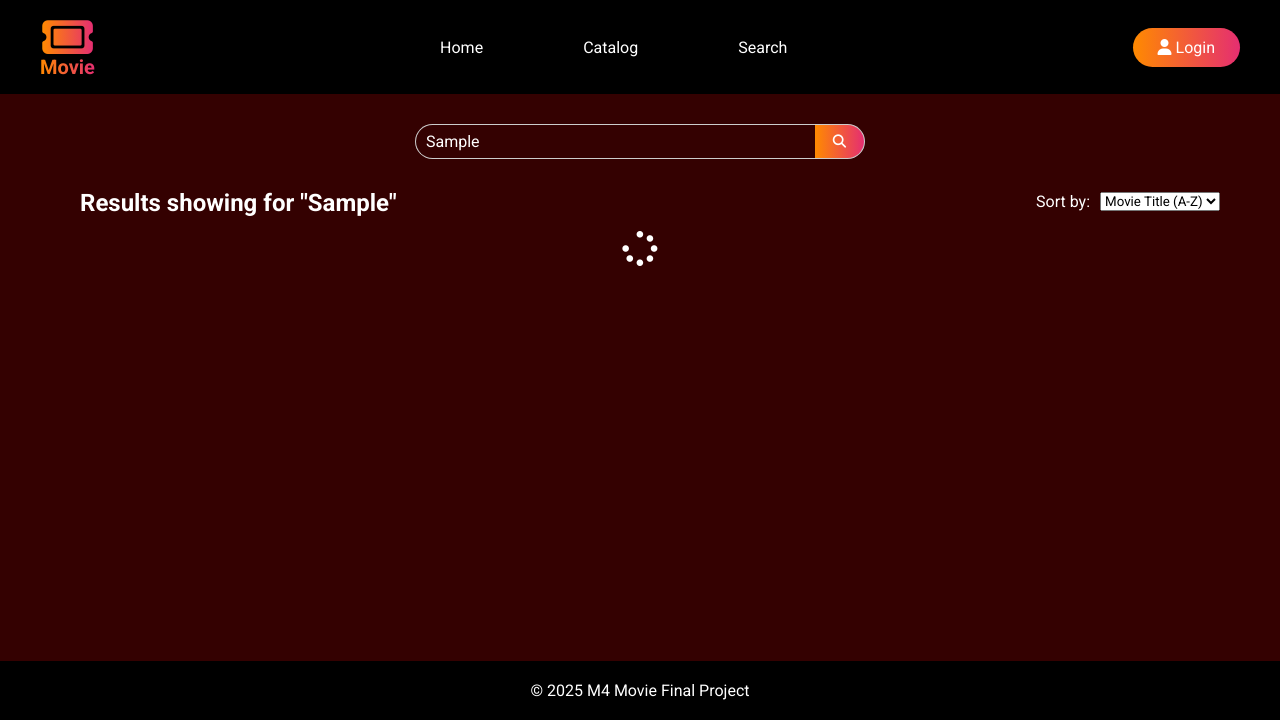
Repository: avivanguyen/m4_movie-FinalProject
Page: index.html
These files come from the project's save history. The page is drawn as it stood at one moment and after a run of saves; the edit follows.
The browser window is 1280 px wide. The pictures show the whole page.
Empty fields were first filled with sample values (such as "Sample", 5 or name@example.com).
After loading, the first visible `#search-input` was changed once.
The page's requests for data from a server got no answer. Some web libraries are served in a nearby version.

Above is the page before, as saved 2025-12-30 08:15:27.

After the next 2 saves:
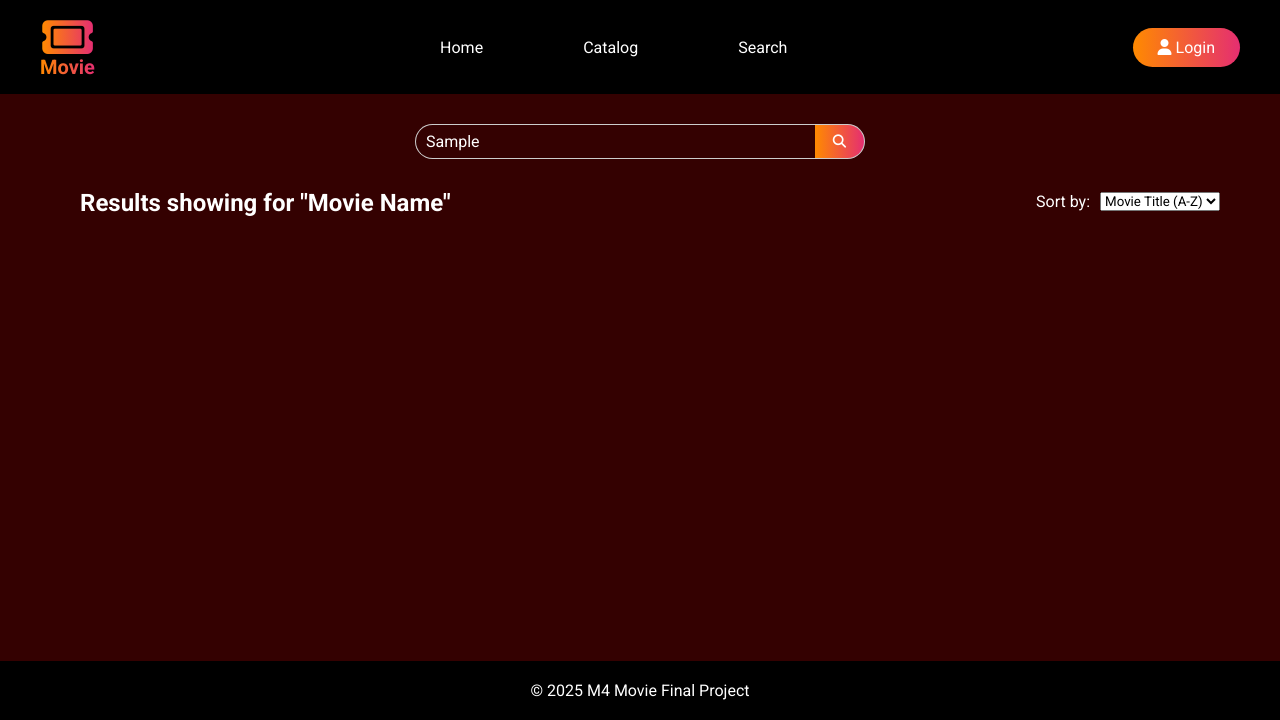
Console error: SyntaxError: Identifier 'loadingSpinner' has already been declared
The 2 saves are shown as one change because they came seconds apart.
The last was saved 6 s later.
--- a/script.js
+++ b/script.js
@@ -24,7 +24,7 @@
 
   const movieContainer = document.querySelector(".movie");
   const loadingSpinner = document.querySelector(".loading");
-
+  const
 
   loadingSpinner.classList.remove("hidden");
 

After the 2 saves that followed:
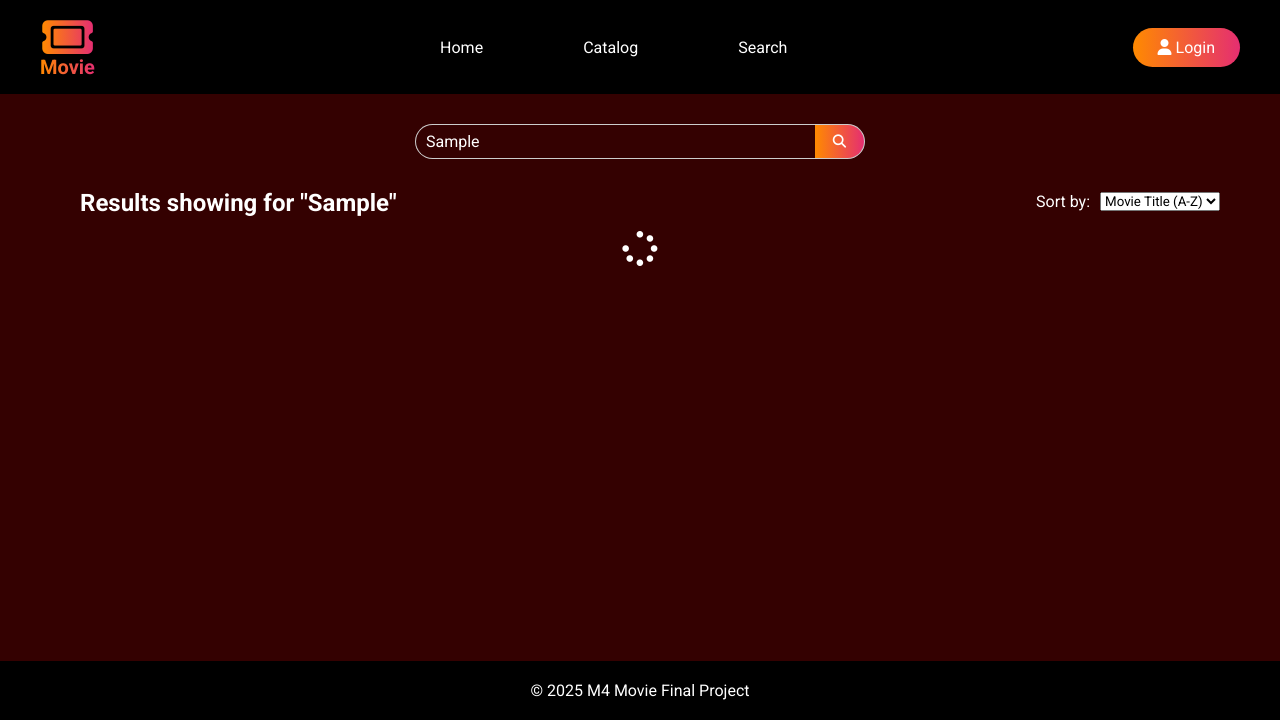
The error is gone.
The 2 saves are shown as one change because they came seconds apart.
The last was saved 17 s later.
--- a/script.js
+++ b/script.js
@@ -24,7 +24,7 @@
 
   const movieContainer = document.querySelector(".movie");
   const loadingSpinner = document.querySelector(".loading");
-  const
+  const sortSelect = document.getElementById("sort-select");
 
   loadingSpinner.classList.remove("hidden");
 
